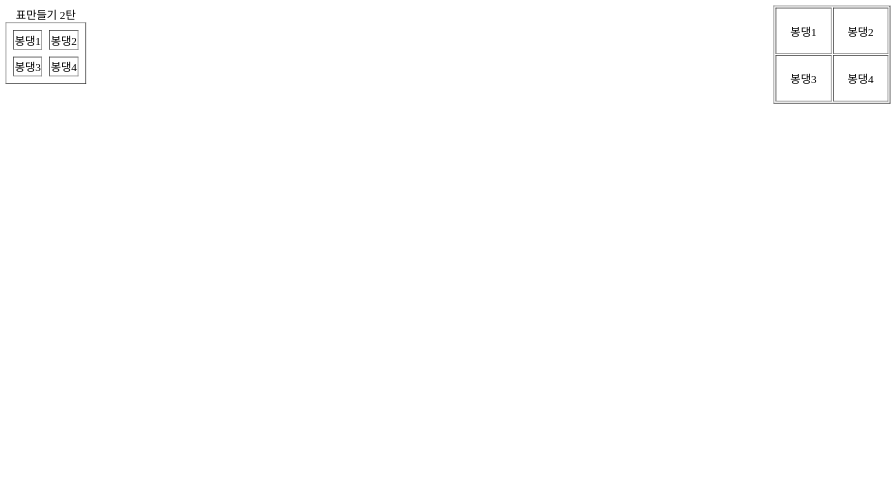
Repository: kisunssong/jsp
Page: http://localhost/test/table2.jsp
The author's editor kept a copy of each file at every save. The page is drawn from the files as they stood at one save, then again after the next save.
The browser window is 1280 px wide. The pictures show the part of the page from y = 0 to 1920 px (the page is 720 px tall before and 4264 px after), at 70% of full size.
The page is served by Tomcat 9.

Above is the page before, as saved 2020-10-28 14:27:30.

### test/WebContent/table2.jsp
<%@ page language="java" contentType="text/html; charset=EUC-KR"
    pageEncoding="EUC-KR"%>
<HTML>
<HEAD><TITLE>표만들기 2탄</TITLE></HEAD>
<TABLE BORDER="1" ALIGN="LEFT" CELLSPACING="10">
<!-- CELLSPACING 은 첫테두리와 문자가 들어간 테두리 간격차  -->
<CAPTION ALIGN="TOP">표만들기 2탄</CAPTION>
<!-- 표 제목은 해당 TABLE 바로 밑에 태그달기 -->
<TR><TD>봉댕1<TD>봉댕2</TR>
<TR><TD>봉댕3<TD>봉댕4</TR>
</TABLE><P>

<TABLE BORDER="1" ALIGN="RIGHT" CELLPADDING="20" >
<!-- CELLPADDING 은 테두리와 글자사이 공간이 넓어진다 -->
<TR><TD>봉댕1<TD>봉댕2</TR>
<TR><TD>봉댕3<TD>봉댕4</TR>
</TABLE>
</HTML>

After the next save:
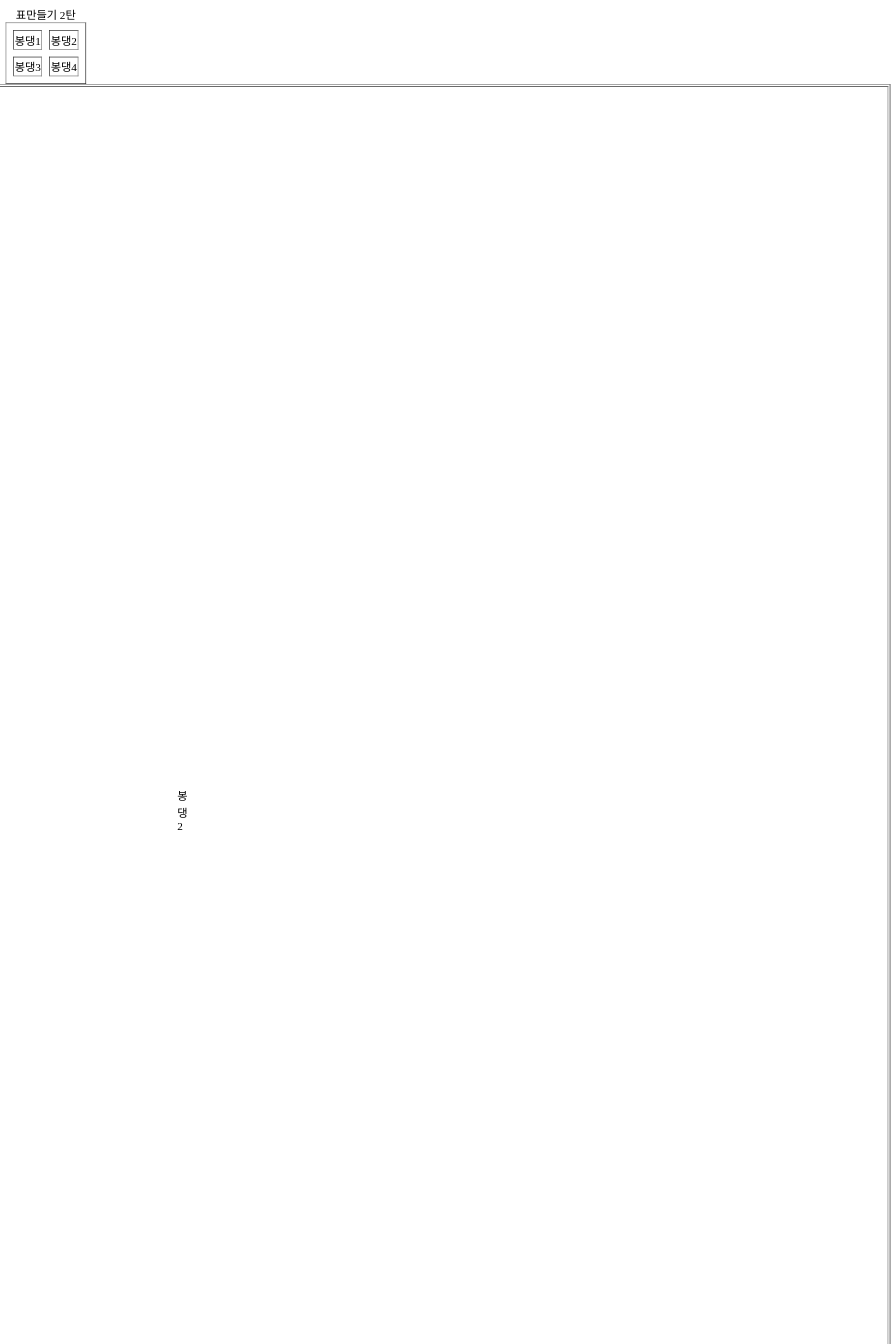
Saved 14 s later.
--- a/test/WebContent/table2.jsp
+++ b/test/WebContent/table2.jsp
@@ -10,7 +10,7 @@
 <TR><TD>봉댕3<TD>봉댕4</TR>
 </TABLE><P>
 
-<TABLE BORDER="1" ALIGN="RIGHT" CELLPADDING="20" >
+<TABLE BORDER="1" ALIGN="RIGHT" CELLPADDING="1000" >
 <!-- CELLPADDING 은 테두리와 글자사이 공간이 넓어진다 -->
 <TR><TD>봉댕1<TD>봉댕2</TR>
 <TR><TD>봉댕3<TD>봉댕4</TR>

After the save that followed:
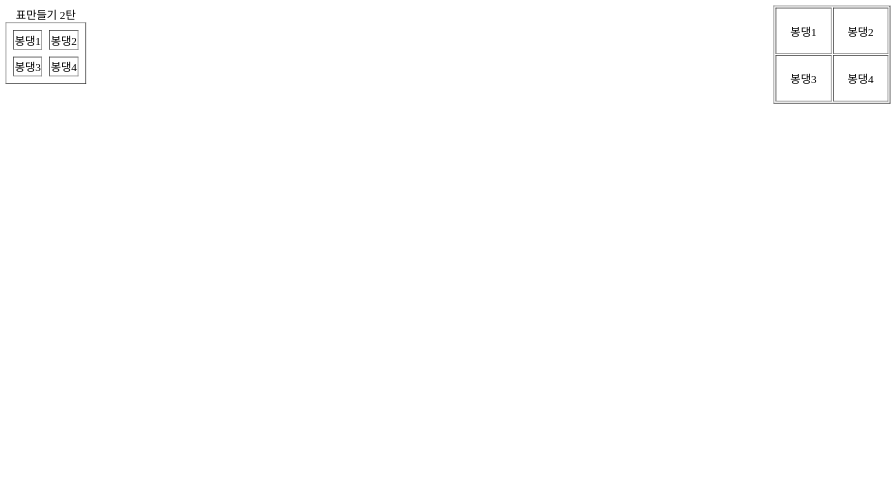
Saved 20 s later.
--- a/test/WebContent/table2.jsp
+++ b/test/WebContent/table2.jsp
@@ -10,7 +10,7 @@
 <TR><TD>봉댕3<TD>봉댕4</TR>
 </TABLE><P>
 
-<TABLE BORDER="1" ALIGN="RIGHT" CELLPADDING="1000" >
+<TABLE BORDER="1" ALIGN="RIGHT" CELLPADDING="20" >
 <!-- CELLPADDING 은 테두리와 글자사이 공간이 넓어진다 -->
 <TR><TD>봉댕1<TD>봉댕2</TR>
 <TR><TD>봉댕3<TD>봉댕4</TR>
